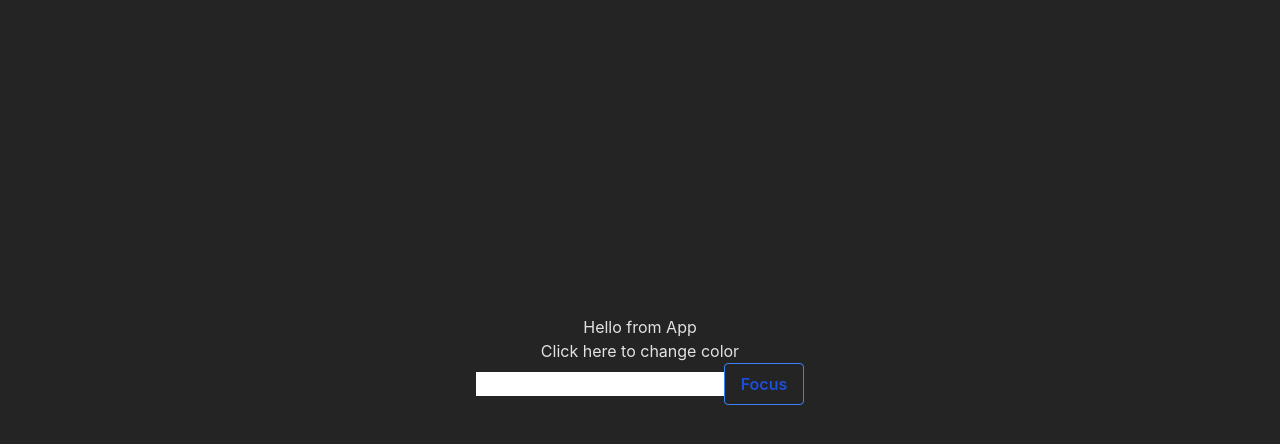
Repository: s-babaeizadeh/react-hooks-typescript
Page: / (app in useRefComp/)
The author's editor kept a copy of each file at every save. The page is drawn from the files as they stood at one save, then again after the next save.
The browser window is 1280 px wide. The pictures show the whole page.
The project was rebuilt for these pictures with package versions that can differ from the ones it lists, and the page was loaded fresh each time. Also part of the build but not shown: useRefComp/vite.config.ts.

Above is the page before, as saved 2024-11-28 20:53:40.

### useRefComp/src/App.tsx
import React, { useEffect, useRef, useState } from "react";

import "./App.css";

const App = () => {
  const [text, setText] = useState("");
  const persistRef = useRef(0);
  const changeColorRef = useRef<HTMLHeadingElement | null>(null);

  const inputRef = useRef<HTMLInputElement>(null);

  useEffect(() => {
    persistRef.current += 1;
  });

  console.log(persistRef.current);

  const handleClick = () => {
    if (changeColorRef.current) {
      changeColorRef.current.style.color = "blue";
    }
  };

  const handleChange = (e: React.ChangeEvent<HTMLInputElement>) => {
    setText(e.target.value);
  };

  const focusInput = () => {
    if (inputRef.current) {
      inputRef.current.focus();
    }
  };
  return (
    <div>
      <h1 ref={changeColorRef}>Hello from App</h1>
      <h2 onClick={handleClick}>Click here to change color</h2>
      <input type="text" onChange={handleChange} ref={inputRef} />
      <button
        onClick={focusInput}
        className="p-3 bg-transparent hover:bg-blue-500 text-blue-700 font-semibold hover:text-white py-2 px-4 border border-blue-500 hover:border-transparent rounded"
      >
        Focus
      </button>
      <h2>{text}</h2>
    </div>
  );
};

export default App;

Loaded but not shown: useRefComp/index.html (common file); useRefComp/src/main.tsx (common file); useRefComp/src/index.css (common file); useRefComp/src/App.css (common file); useRefComp/tailwind.config.js (common file)

After the next save:
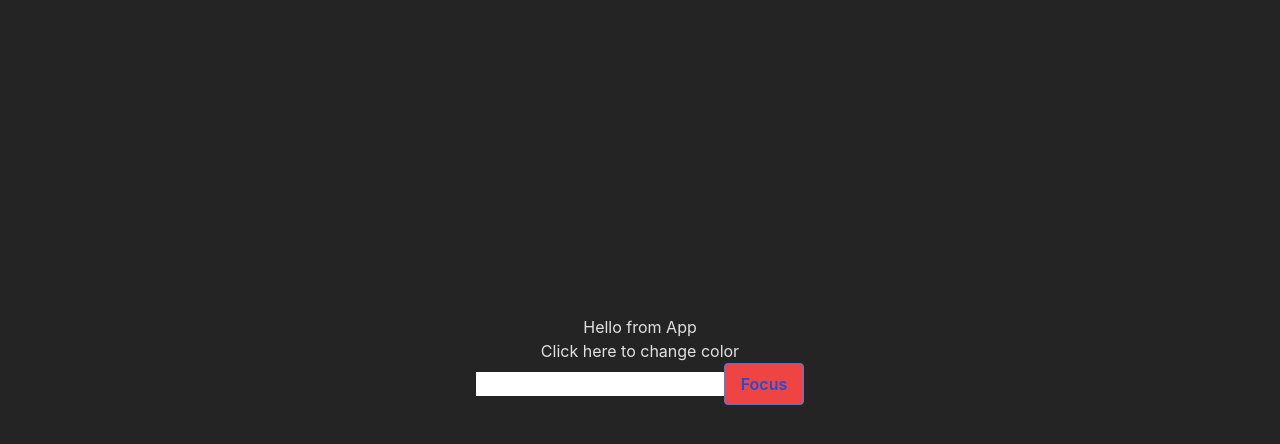
Saved 13 s later.
--- a/useRefComp/src/App.tsx
+++ b/useRefComp/src/App.tsx
@@ -37,7 +37,7 @@ const App = () => {
       <input type="text" onChange={handleChange} ref={inputRef} />
       <button
         onClick={focusInput}
-        className="p-3 bg-transparent hover:bg-blue-500 text-blue-700 font-semibold hover:text-white py-2 px-4 border border-blue-500 hover:border-transparent rounded"
+        className="p-3 bg-red-500 hover:bg-blue-500 text-blue-700 font-semibold hover:text-white py-2 px-4 border border-blue-500 hover:border-transparent rounded"
       >
         Focus
       </button>
